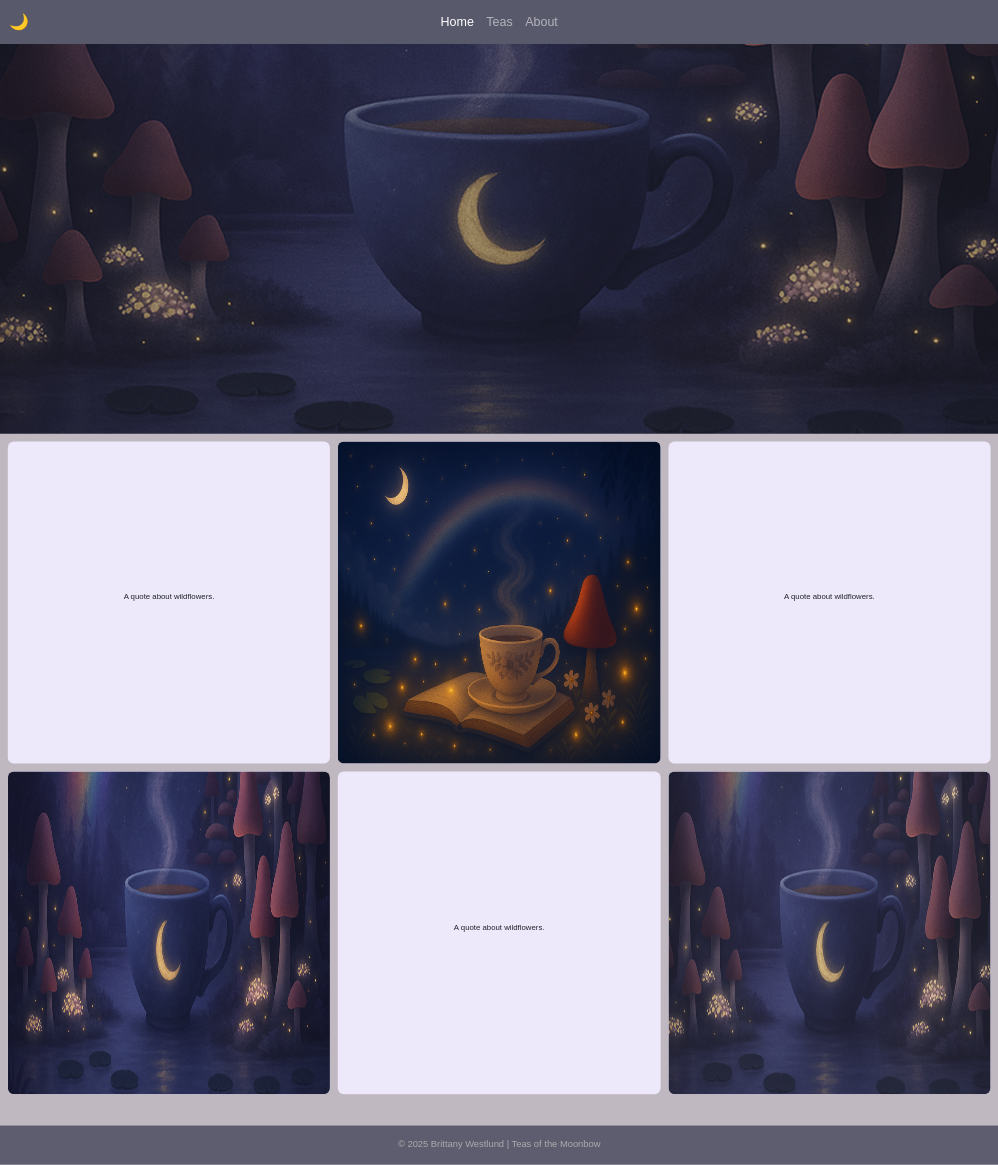
Repository: Brittany-Westlund/WebDesign
Page: FinalProject/about.html
The author's editor kept a copy of each file at every save. The page is drawn from the files as they stood at one save, then again after the next save.
The browser window is 1280 px wide. The pictures show the whole page, at 78% of full size.
Backgrounds fixed to the window are drawn as part of the page.

Above is the page before, as saved 2025-12-03 22:13:25.

### FinalProject/about.html
<!DOCTYPE html>
<html lang="en">
  <head>
    <meta charset="UTF-8">
    <meta name="viewport" content="width=device-width, initial-scale=1.0">
    <meta name="description" content="A personal website designed to showcase work, ideas, and personality.">
    <title>The title of the browser tab</title>
    <link href="https://cdn.jsdelivr.net/npm/bootstrap@5.3.0/dist/css/bootstrap.min.css" rel="stylesheet">
    <link rel="stylesheet" href="style/style.css">
    <link rel="icon" type="image/x-icon" href="images/favicon.ico">
  </head>
  <body>
   <nav class="navbar navbar-expand-lg sticky-top bg-dark" data-bs-theme="dark">
    <div class="container-fluid">
      <a class="navbar-brand" href="#">🌙</a>
        <button class="navbar-toggler ms-auto" type="button" data-bs-toggle="collapse" data-bs-target="#navbarSupportedContent" aria-controls="navbarSupportedContent" aria-expanded="false" aria-label="Toggle navigation">
          <span class="navbar-toggler-icon"></span>
    </button>
    <div class="collapse navbar-collapse" id="navbarSupportedContent">
    <ul class="navbar-nav mx-auto mb-2 mb-lg-0 align-items-end">
      <li class="nav-item">
        <a class="nav-link active" aria-current="page" href="index.html">Home</a>
      </li>
      <li class="nav-item">
        <a class="nav-link" href="teas.html">Teas</a>
      </li>
      <li class="nav-item">
        <a class="nav-link" href="about.html">About</a>
      </li> <!-- I added this entire list item to Bootstrap's default code. Add more if needed! -->
    </ul>
    </div>
  </div>
  </nav>
    <main>

       <!-- Parallax Banner -->
    <section class="parallax-banner"
            style="background-image: url('images/TeacupVillageShort.png');">
      <div class="parallax-banner-overlay">
        <div class="parallax-banner-content">
        </div>
      </div>
    </section>

 <!-- Here is my gallery section -->
    <div class="gallery">
      <div class="item"><p>A quote about wildflowers.</p></div>
      <div class="item"><img src="images/TeacupBookMagical.png" alt="A closeup of wildflowers"></div>
      <div class="item"><p>A quote about wildflowers.</p></div>
      <div class="item"><img src="images/TeacupVillage.png" alt="A closeup of orange flowers"></div>
      <div class="item"><p>A quote about wildflowers.</p></div>
      <div class="item"><img src="images/TeacupVillageShort.png" alt="A closeup of red flowers"></div>
    </div>

    </main>
    <footer>
      <p>&copy; <span id="year"></span> Brittany Westlund | Teas of the Moonbow</p>

      <script>
      document.getElementById("year").textContent = new Date().getFullYear();
      </script>
    </footer>
    <script src="https://cdn.jsdelivr.net/npm/bootstrap@5.3.0/dist/js/bootstrap.bundle.min.js"></script>
  </body>
</html>

### FinalProject/style/style.css
.playwrite-us-trad-guides-regular {
  font-family: "Playwrite US Trad Guides", cursive;
  font-weight: 400;
  font-style: normal;
}


.raleway-regular {
  font-family: "Raleway", sans-serif;
  font-optical-sizing: auto;
  font-weight: 200;
  font-style: normal;
}







body {
  background-color: #bfb8c1;
  margin: 0;
  font-family: "Raleway", sans-serif;
}

.navbar-brand {
  position: absolute;
  top: 8px;
  background-color: rgba(89, 89, 108);
  transition: transform 0.5s ease;
}

.navbar-brand:hover {
  transform: scale(1.15);
}

.bg-dark {
  background-color: rgba(89, 89, 108) !important;
}



.carousel-item img {
  max-height: 680px;
  object-fit: cover;
  width: 100%;
}

header {
  text-align: center;
  margin-top: 2rem;
  margin-bottom: 1.5rem;
}

.gallery {
  display: grid;
  grid-template-columns: repeat(auto-fit, minmax(400px, 1fr));
  gap: 10px;
  margin: auto;
  padding: 10px;
}

.item {
  background-color: #fcf9ff;
  border-radius: 8px;
  aspect-ratio: 1 / 1;
  display: flex;
  justify-content: center;
}

.item img {
  padding: 0;
  width: 100%;
  height: auto; /* maintains the image's aspect ratio */
  display: block; /* clears any space after the image */
  border-radius: 8px;

}

.item p {
  text-align: center;
  display: flex;
  align-items: center;
  font-size: 10px;
}

footer {
  text-align: center;
  background-color: rgba(89, 89, 108, 0.95);
  height: 50px;
  padding-top: 15px;
  color: #aeabab;
  font-size: 12px !important;
  margin-top: 30px !important;
}









.page-wrapper {
  max-width: 800px;
  margin: 0 auto;
  padding: 20px;
}

/* The featured section */
.featured-section {
  display: grid;
  grid-template-columns: 1fr 2fr;
  grid-template-rows: auto auto;
  gap: 10px;
  align-items: start;
}


.blog-preview {
  display: flex; /* activates Flexbox */
  flex-direction: row; /* aligns items in a row (default, but explicit is good) */
  align-items: center; /* vertically centers items within the row */
  gap: 20px; /* adds space between items */
  max-width: 80%; /* controls total width of the content block */
  margin: 80px auto; /* centers on page with top/bottom space */
  padding: 20px 40px; /* adds subtle inner space from edges */
}

.blog-preview img {
  width: 30%;      /* image takes up 45% of the total width of .blog-preview */
  height: auto;    /* keeps proportions correct */
  border-radius: 8px; /* optional, softens corners */
}

.blog-list {
  display: flex;
  flex-direction: column;
  gap: 10px;
  max-width: 100%;
}
.blog-text {
  display: flex;
  flex-direction: column; /* stacks each text element vertically */
  gap: 10px; /* adds consistent space between elements */
}
.date {
  font-family: Arial, Helvetica, sans-serif;
  font-size: 0.8rem;
  color: #666;
  margin: 0;
}

.post-title {
  font-family: Arial, Helvetica, sans-serif;
  font-size: 2rem;
  font-weight: 600;
  line-height: 1.3;
  margin: 0;
}

.post-preview {
  font-family: Arial, Helvetica, sans-serif;
  font-size: 0.9rem;
  color: #6d6d6d;
  line-height: 1.6;
  margin: 0;
}

.read-more {
  font-family: Arial, Helvetica, sans-serif;
  text-decoration: none;
  font-weight: bold;
  color: #8fafa7;
  margin-top: 10px;
}




.right-column {
  grid-column: 2;
  grid-row: 1 / 3; /* spans both rows — hero + cards */
  display: flex;
  flex-direction: column;
  gap: 20px;
}

.hero {
  grid-column: 2;
  grid-row: 1;
  max-height: 300px;
  overflow: hidden;
}

.hero img {
  width: 100%;
  height: auto;
  display: block;
}





.card-section {
  grid-column: 1 / 3; /* spans both columns */
  grid-row: 2;
  display: flex;
  gap: 10px;
}

.card {
  display: flex;
  flex-direction: column;
  flex: 1;
  gap: 10px;
  padding: 20px;
  background-color: gainsboro;
  max-width: 300px;
  width: 100%;
  margin-bottom: 20px;
}

.card img {
  width: 100%;
  height: auto;
  border-radius: 8px;
}




/* Compact blog previews ONLY inside the featured section */

.featured-section .blog-preview {
  max-width: 100% !important;
  margin: 0px 0 !important;
  padding: 10px 0 !important;   /* removes the 40px left/right padding */
  gap: 10px;
  width: 100%;
  box-sizing: border-box;
}

.featured-section .blog-preview img {
  width: 80px;
}

.featured-section .blog-text {
font-size: 0.6rem;
}

.featured-section .post-preview {
font-size: 0.6rem;
line-height: 1;
}

.featured-section .post-title {
font-size: 0.8rem;
line-height: 1;
}

.featured-section .date {
font-size: 0.5rem;
}

.featured-section .read-more {
margin-top: 0px !important;
}




.featured-section .card {
  height: 290px;
}

.featured-section .card h3 {
  font-size: 1rem;
  margin: 0 0;
}

.featured-section .card p {
  font-size: 0.8rem;
  margin-top: 5px;
}

/* End of featured section */












/* Start of Gallery section */

.gallery {
  display: grid;
  grid-template-columns: repeat(auto-fit, minmax(375px, 1fr));
  gap: 10px;
  margin: auto;
  padding: 10px;
}

.item {
  background-color: #eee8fb;
  border-radius: 8px;
  aspect-ratio: 1 / 1;
  display: flex;
  justify-content: center;
}

.item img {
  padding: 0;
  width: 100%;
  height: auto; /* maintains the image's aspect ratio */
  display: block; /* clears any space after the image */
  border-radius: 8px;

}

.item p {
  text-align: center;
  display: flex;
  align-items: center;
}

/* End of Gallery section */












/* The main footer container */

.footer {
  display: flex; /* Places all footer sections (icons + lists) side by side in a row */
  justify-content: space-between; /* Adds equal space between each section horizontally */
  align-items: flex-start; /* Aligns all sections to the top of the footer */
  background-color: #d5d0dd; /* Sets the footer’s background color */
  padding: 30px 100px; /* Adds space inside the footer: 30px top/bottom, 100px left/right */
  font-family: Arial, Helvetica, sans-serif; /* Sets the font for the entire footer */
}

.footer ul {
  list-style: none; /* Removes the default bullets from list items */
  padding: 0; /* Removes default padding inside the <ul> */
  margin: 0; /* Removes default margin outside the <ul> */
}

.footer li {
  margin-bottom: 6px; /* Adds a little space between each list item */
  font-size: 8px; /* Makes the text slightly smaller for a neat footer look */
}

.social-icons img {
  width: 22px; /* Sets consistent icon size */
  margin-right: 10px; /* Adds space between the icons */
  vertical-align: middle; /* Keeps icons visually aligned with any text nearby */
}



a:focus, button:focus, input:focus {
  outline: 2px solid #4a90e2;
  outline-offset: 2px;
}






/* Parallax Banner */

.parallax-banner {
  height: 500px;
  background-size: cover;
  background-position: bottom;
  background-attachment: fixed; /* parallax */
  position: relative;
}

.parallax-banner-overlay {
  height: 100%;
  width: 100%;
  background: rgba(0, 0, 0, 0.25); /* optional soft darkening */
}

.parallax-banner-content {
  position: absolute;
  bottom: 40px;
  left: 50%;
  transform: translateX(-50%);
  text-align: center;
  color: #faf7e8;
  text-shadow: 0 0 10px #000;
}


/* Mobile fix: background-attachment: fixed can be janky */
@media (max-width: 768px) {
  .parallax-banner {
    background-attachment: scroll;
  }

  .parallax-banner-content h1 {
    font-size: 2rem;
  }

  .parallax-banner {
    height: 320px;
  }
}

/* End of Parallax Banner */





/* Popup (hidden at first) */

#popup {
  position: fixed;
  top: 50%;
  left: 50%;
  transform: translate(-50%, -50%) scale(0.9);

  opacity: 0;
  pointer-events: none;
  transition: 0.3s ease;

  z-index: 1000; /* brings the popup to the front */

  /* 🌙 Moonbow Cute Popup Styling */
  width: 420px;             /* wider, more roomy */
  max-width: 92%;
  padding: 58px 62px;        /* extra breathing room */
  border-radius: 20px;      /* soft & huggable */
  background: rgba(89, 89, 108, 0.95);   /* twilight card */
  backdrop-filter: blur(10px);           /* dreamy fog */
  color: #e5dee7;
  font-size: 1.05rem;       /* friendlier type scale */
  line-height: 1.5;
  box-shadow:
      0 0 25px rgba(200,180,255,0.35),
      0 0 60px rgba(150,120,255,0.2),
      0 8px 20px rgba(0,0,0,0.4);
  display: flex;
  flex-direction: column;
  align-items: stretch;
  gap: 18px;                /* space between items */
  text-align: center;       /* cleaner heading */
}

/* Popup becomes visible */
#popup.open {
  opacity: 1;
  pointer-events: auto;
  transform: translate(-50%, -50%) scale(1);
}

/* Pulse animation on the Sign Up button */
@keyframes pulse {
  0% { transform: scale(1); }
  50% { transform: scale(1.05); }
  100% { transform: scale(1); }
}

#openPopup {
  animation: pulse 3s ease-in-out infinite;
  margin-bottom: 40px;
}

main h3,
#openPopup {
  display: block;
  margin: 20px auto;
  text-align: center;

}

button {
  border-radius: 20px;
  background: rgba(174, 104, 66, 0.95);
  width: 100px;
  height: 30px;
  border: none;
  padding: 10px, 15px;
  color: #d2cece;
  display: block;
  margin: 0 auto;
}

/* End popup */









@media (max-width: 600px) {
  /* Styles for mobile screens */
}

@media (min-width: 600px) and (max-width: 1024px) {
  /* Styles for tablets */
}

After the next save:
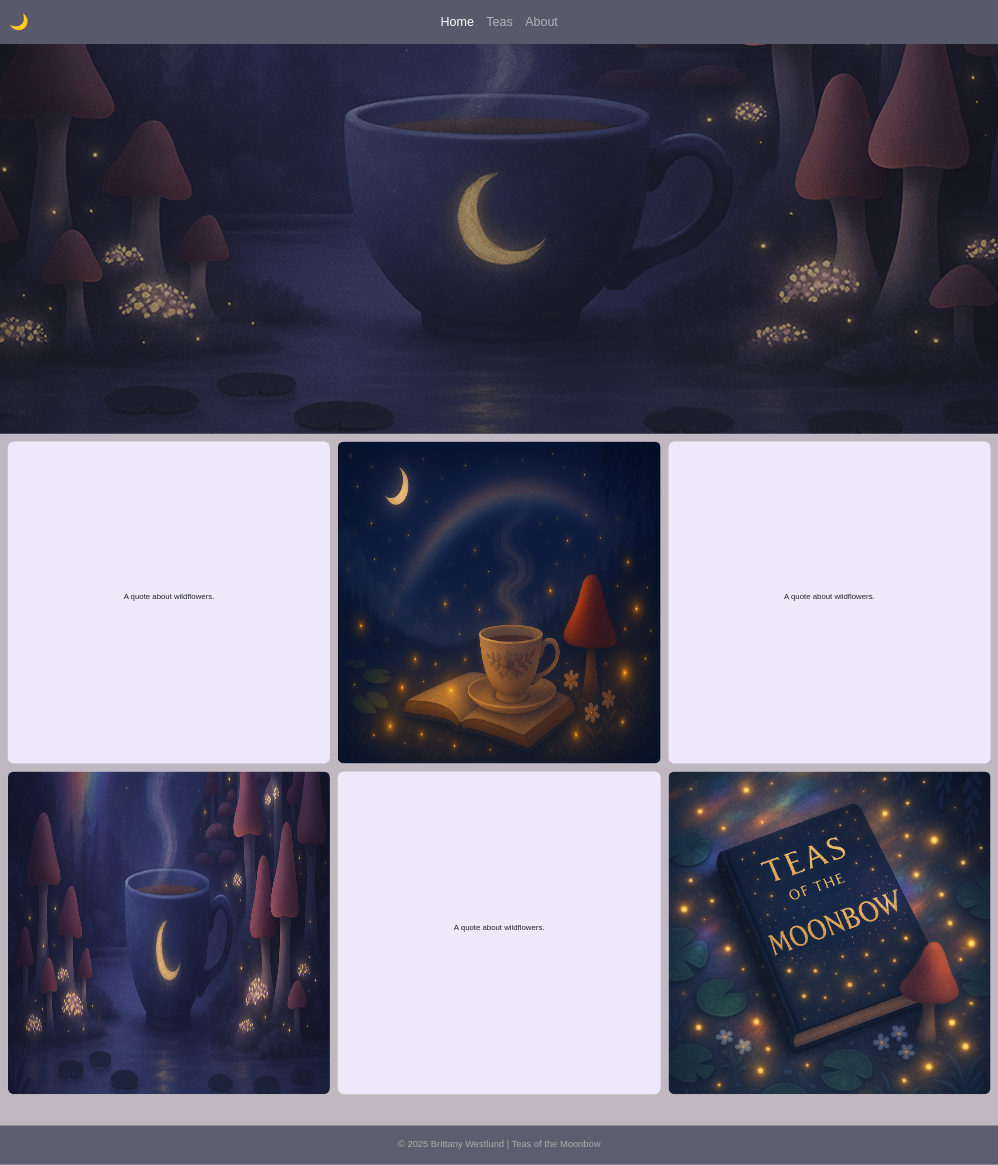
Saved 24 s later.
--- a/FinalProject/about.html
+++ b/FinalProject/about.html
@@ -49,7 +49,7 @@
       <div class="item"><p>A quote about wildflowers.</p></div>
       <div class="item"><img src="images/TeacupVillage.png" alt="A closeup of orange flowers"></div>
       <div class="item"><p>A quote about wildflowers.</p></div>
-      <div class="item"><img src="images/TeacupVillageShort.png" alt="A closeup of red flowers"></div>
+      <div class="item"><img src="images/TeasoftheMoonbow.png" alt="A closeup of red flowers"></div>
     </div>
 
     </main>
